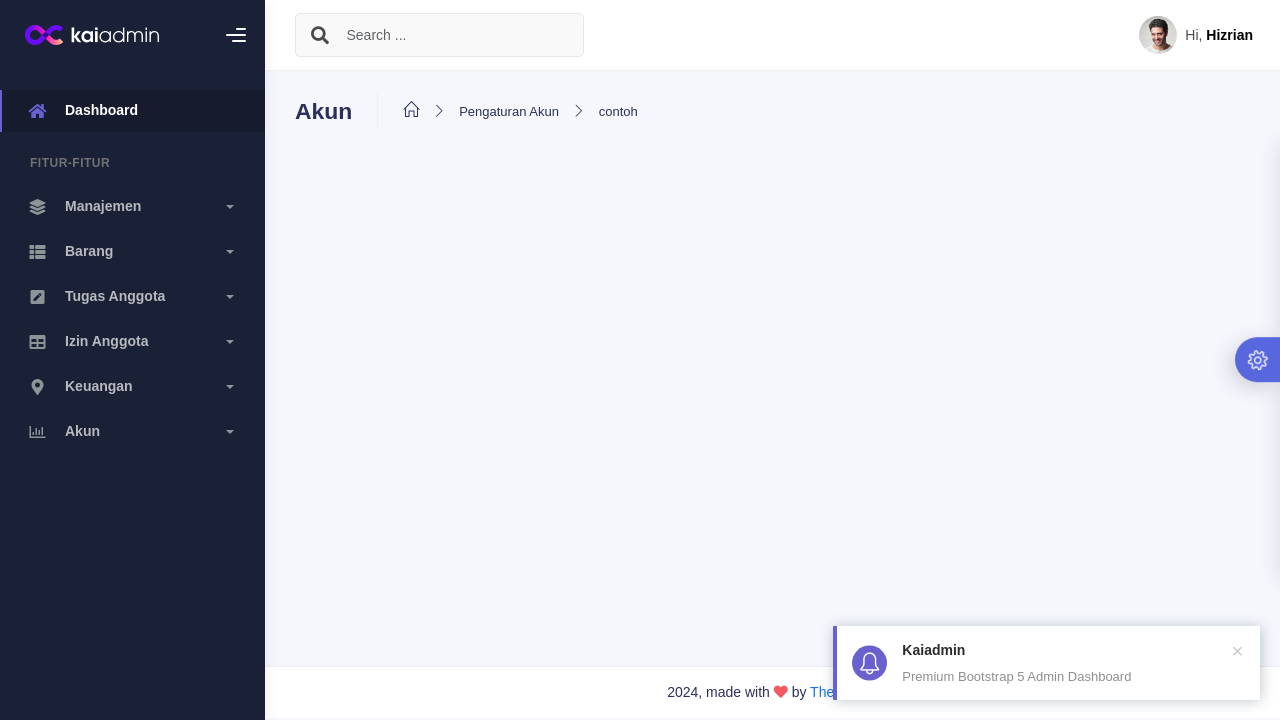
Repository: fatkquladhim/multimedia_laravel
Page: http://localhost/akun
These files come from the project's save history. The page is drawn as it stood at one moment and after the next save; the edit follows.
The browser window is 1280 px wide. The pictures show the whole page.
Some web fonts or font styles are not loaded; a fallback is used. The page is served by the project's Laravel application, run on PHP 8.4 with Laravel 12.

Above is the page before, as saved 2025-08-16 23:01:10.
Console error: ReferenceError: jsVectorMap is not defined

After the next save:
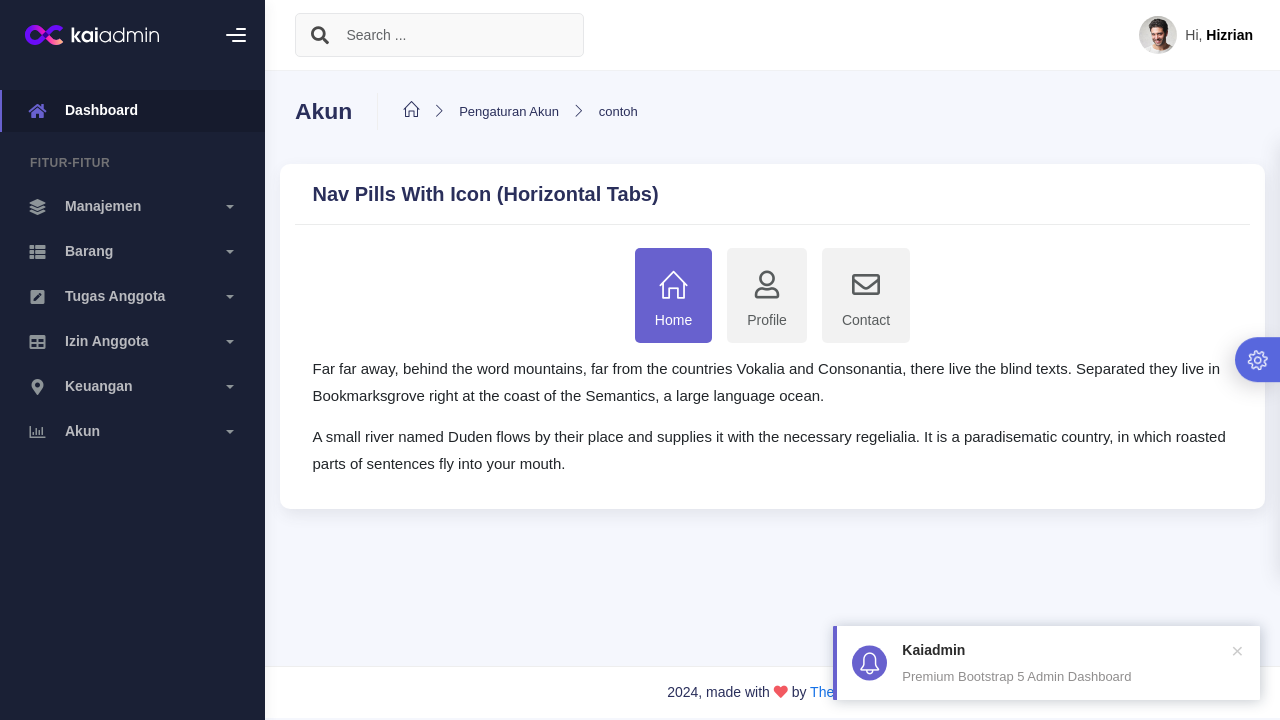
Saved 4 s later.
--- a/resources/views/akun/tampil.blade.php
+++ b/resources/views/akun/tampil.blade.php
@@ -24,6 +24,50 @@
             </ul>
         </div>
         <div class="row">
+          <div class="card">
+								<div class="card-header">
+									<h4 class="card-title">Nav Pills With Icon (Horizontal Tabs)</h4>
+								</div>
+								<div class="card-body">
+									<ul class="nav nav-pills nav-secondary  nav-pills-no-bd nav-pills-icons justify-content-center" id="pills-tab-with-icon" role="tablist">
+										<li class="nav-item">
+											<a class="nav-link active" id="pills-home-tab-icon" data-bs-toggle="pill" href="#pills-home-icon" role="tab" aria-controls="pills-home-icon" aria-selected="true">
+												<i class="icon-home"></i>
+												Home
+											</a>
+										</li>
+										<li class="nav-item">
+											<a class="nav-link" id="pills-profile-tab-icon" data-bs-toggle="pill" href="#pills-profile-icon" role="tab" aria-controls="pills-profile-icon" aria-selected="false">
+												<i class="far fa-user"></i>
+												Profile
+											</a>
+										</li>
+										<li class="nav-item">
+											<a class="nav-link" id="pills-contact-tab-icon" data-bs-toggle="pill" href="#pills-contact-icon" role="tab" aria-controls="pills-contact-icon" aria-selected="false">
+												<i class="far fa-envelope"></i>
+												Contact
+											</a>
+										</li>
+									</ul>
+									<div class="tab-content mt-2 mb-3" id="pills-with-icon-tabContent">
+										<div class="tab-pane fade show active" id="pills-home-icon" role="tabpanel" aria-labelledby="pills-home-tab-icon">
+											<p>Far far away, behind the word mountains, far from the countries Vokalia and Consonantia, there live the blind texts. Separated they live in Bookmarksgrove right at the coast of the Semantics, a large language ocean.</p>
+
+											<p>A small river named Duden flows by their place and supplies it with the necessary regelialia. It is a paradisematic country, in which roasted parts of sentences fly into your mouth.</p>
+										</div>
+										<div class="tab-pane fade" id="pills-profile-icon" role="tabpanel" aria-labelledby="pills-profile-tab-icon">
+											<p>Even the all-powerful Pointing has no control about the blind texts it is an almost unorthographic life One day however a small line of blind text by the name of Lorem Ipsum decided to leave for the far World of Grammar.</p>
+											<p>The Big Oxmox advised her not to do so, because there were thousands of bad Commas, wild Question Marks and devious Semikoli, but the Little Blind Text didn’t listen. She packed her seven versalia, put her initial into the belt and made herself on the way.
+											</p>
+										</div>
+										<div class="tab-pane fade" id="pills-contact-icon" role="tabpanel" aria-labelledby="pills-contact-tab-icon">
+											<p>Pityful a rethoric question ran over her cheek, then she continued her way. On her way she met a copy. The copy warned the Little Blind Text, that where it came from it would have been rewritten a thousand times and everything that was left from its origin would be the word "and" and the Little Blind Text should turn around and return to its own, safe country.</p>
+
+											<p> But nothing the copy said could convince her and so it didn’t take long until a few insidious Copy Writers ambushed her, made her drunk with Longe and Parole and dragged her into their agency, where they abused her for their</p>
+										</div>
+									</div>
+								</div>
+							</div>
         </div>
     </div>
 @endsection
